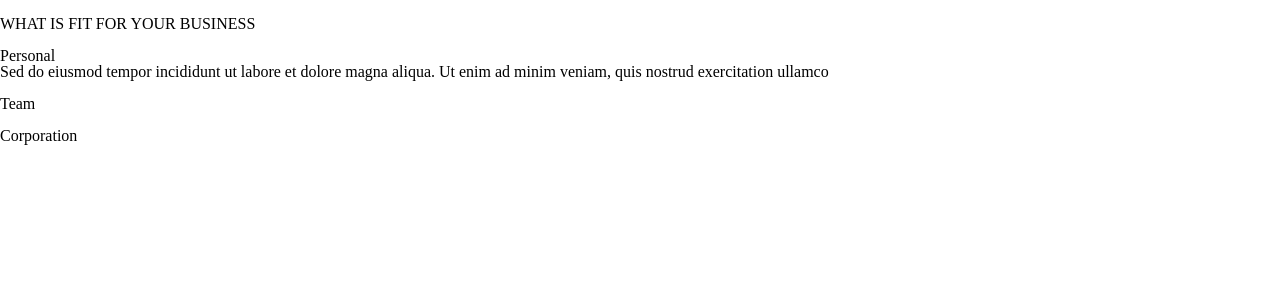
Repository: VetaWhale/team-site-test
Page: index.html
An editor plug-in stored every save of this project. The page is shown before and after the next save, followed by the edit.
The browser window is 1280 px wide. The pictures show the whole page.
Some web fonts or font styles are not loaded; a fallback is used.

Above is the page before, as saved 2023-04-23 21:40:05.

After the next save:
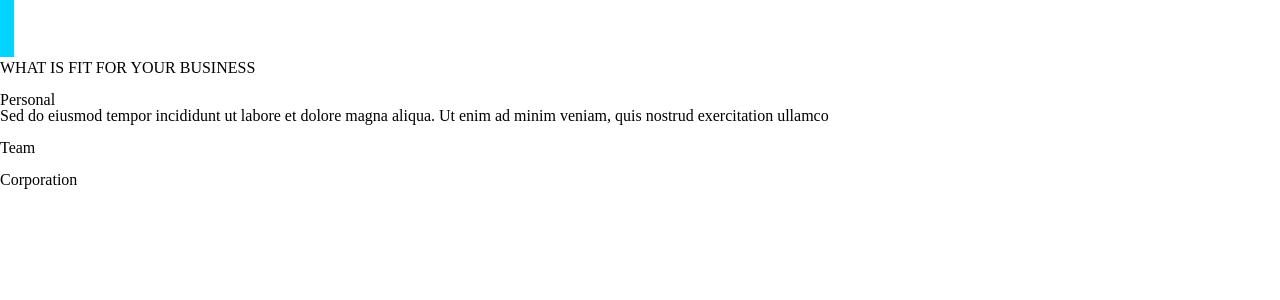
Saved 12 h 52 min later.
--- a/index.html
+++ b/index.html
@@ -16,7 +16,7 @@
     <main>
         <section class="business">
             <div class="business__title">
-                <img src="" alt="">
+                <img src="./resources/business_icon.png" alt="">
                 <h2 class="business__text">
                     WHAT IS FIT FOR YOUR BUSINESS
                 </h2>
